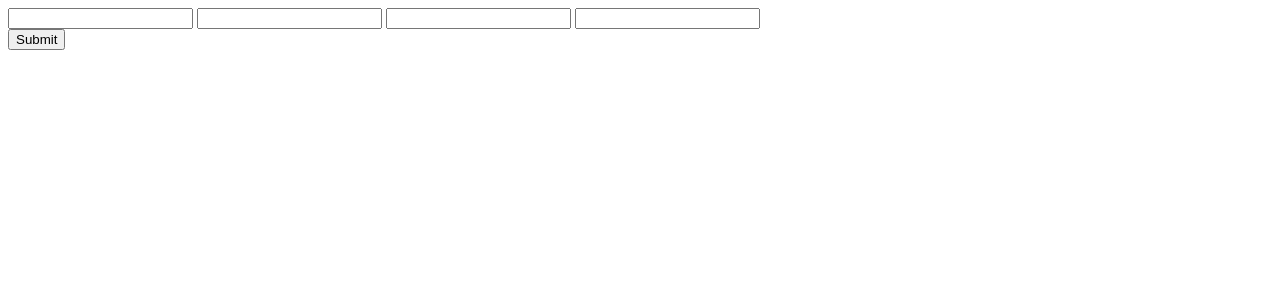
Repository: MeGuuuun/JSP-Servlet
Page: 20-29/JSPPrj/src/main/webapp/calc.html
An editor plug-in stored every save of this project. The page is shown before and after the next save, followed by the edit.
The browser window is 1280 px wide. The pictures show the whole page.

Above is the page before, as saved 2022-04-14 07:52:23.

### 20-29/JSPPrj/src/main/webapp/calc.html
<!DOCTYPE html>
<html>
<head>
<meta charset="UTF-8">
<title>Insert title here</title>
</head>
<body>
<div>
<!--Application 저장소 활용  -->
	<form action="calc" method="post">
		<div>
			<input type="text" name="num" />
			<input type="text" name="num" />
			<input type="text" name="num" />
			<input type="text" name="num" />
		</div>
		<div>
			<input type="submit" name="calculate"/>
		</div>
	</form>
</div>

</body>
</html>

After the next save:
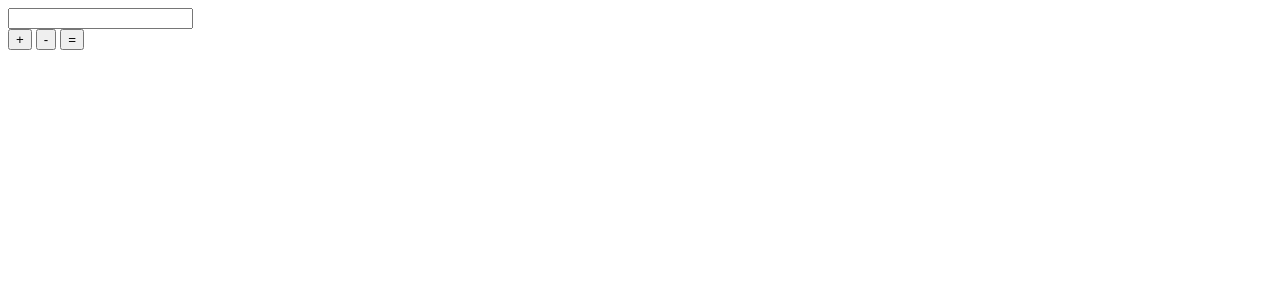
Saved 8 min 17 s later.
--- a/20-29/JSPPrj/src/main/webapp/calc.html
+++ b/20-29/JSPPrj/src/main/webapp/calc.html
@@ -9,13 +9,12 @@
 <!--Application 저장소 활용  -->
 	<form action="calc" method="post">
 		<div>
-			<input type="text" name="num" />
-			<input type="text" name="num" />
-			<input type="text" name="num" />
-			<input type="text" name="num" />
+			<input type="text" name="v" />
 		</div>
 		<div>
-			<input type="submit" name="calculate"/>
+			<input type="submit" name="operator" value="+"/>
+			<input type="submit" name="operator" value="-"/>
+			<input type="submit" name="operator" value="="/>
 		</div>
 	</form>
 </div>
